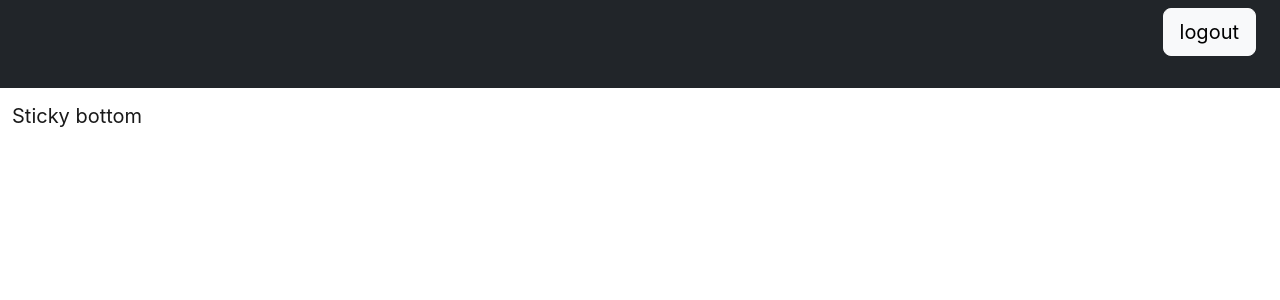
Repository: Sakshamccna/React
Page: /
An editor plug-in stored every save of this project. The page is shown before and after the next save, followed by the edit.
The browser window is 1280 px wide. The pictures show the whole page.
The project was rebuilt for these pictures with package versions that can differ from the ones it lists, and the page was loaded fresh each time.

Above is the page before, as saved 2022-12-26 10:25:00.

After the next save:
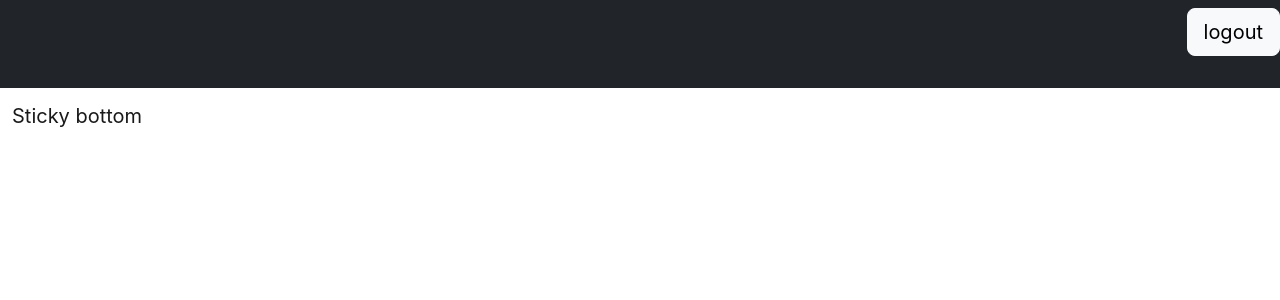
Saved 11 s later.
--- a/src/Components/Headers.tsx
+++ b/src/Components/Headers.tsx
@@ -7,7 +7,7 @@ function Headers() {
             <nav className="navbar sticky-top navbar-lig bg-dark topnav-right">
 
                 <div className="topnav-right">
-                    <div className="d-flex justify-content-center mx-4 mb-3 mb-lg-4">
+                    <div className="d-flex justify-content-center mb-lg-4">
                         <button type="button" className="btn btn-light btn-lg">logout</button>
                     </div>
 
